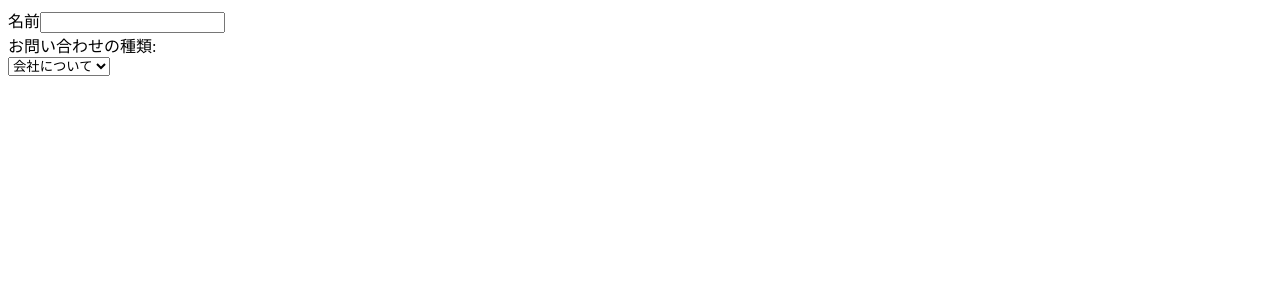
Repository: 1209mori05/test
Page: http://localhost/WebProj3/inquiry.jsp
These files come from the project's save history. The page is drawn as it stood at one moment and after the next save; the edit follows.
The browser window is 1280 px wide. The pictures show the whole page.
The page is served by Tomcat 9.

Above is the page before, as saved 2018-03-15 02:07:35.

After the next save:
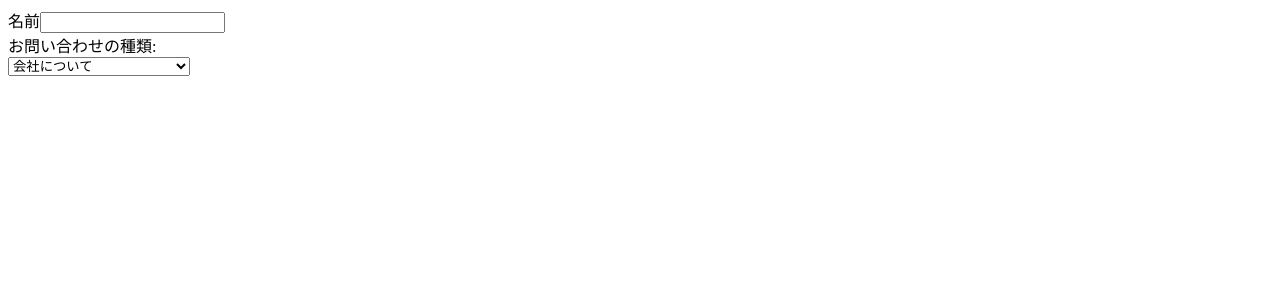
Saved 8 min 24 s later.
--- a/WebProj3/WebContent/inquiry.jsp
+++ b/WebProj3/WebContent/inquiry.jsp
@@ -12,7 +12,9 @@
 		名前<input type="text" name="name" /><br>
 		お問い合わせの種類:<br>
 		<select name="name">
-			<option>会社について</option>
+			<option value="company">会社について</option>
+			<option value="product">製品について</option>
+			<option value="support">アフターサポートについて</option>
 		</select>
 	</s:form>
 </body>

After the 2 saves that followed:
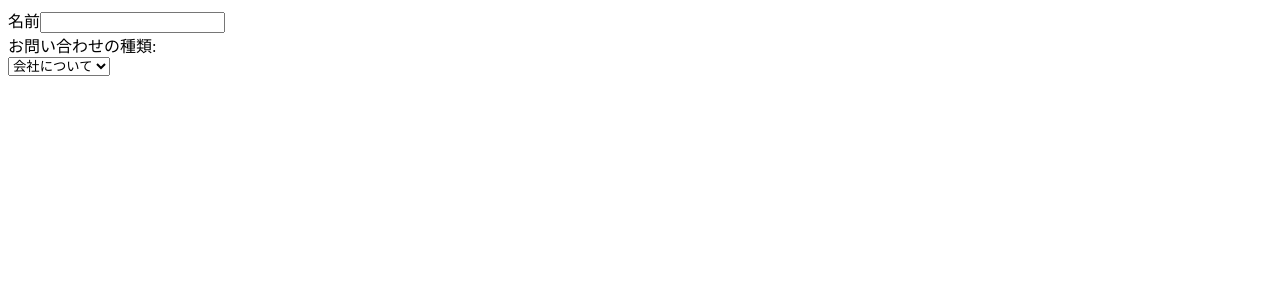
The 2 saves are shown as one change because 1 left the picture as it was.
The last was saved 80 s later.
--- a/WebProj3/WebContent/inquiry.jsp
+++ b/WebProj3/WebContent/inquiry.jsp
@@ -14,8 +14,8 @@
 		<select name="name">
 			<option value="company">会社について</option>
 			<option value="product">製品について</option>
-			<option value="support">アフターサポートについて</option>
-		</select>
+			<option value="product">製品について</option>
+		</select><br>
 	</s:form>
 </body>
 </html>
